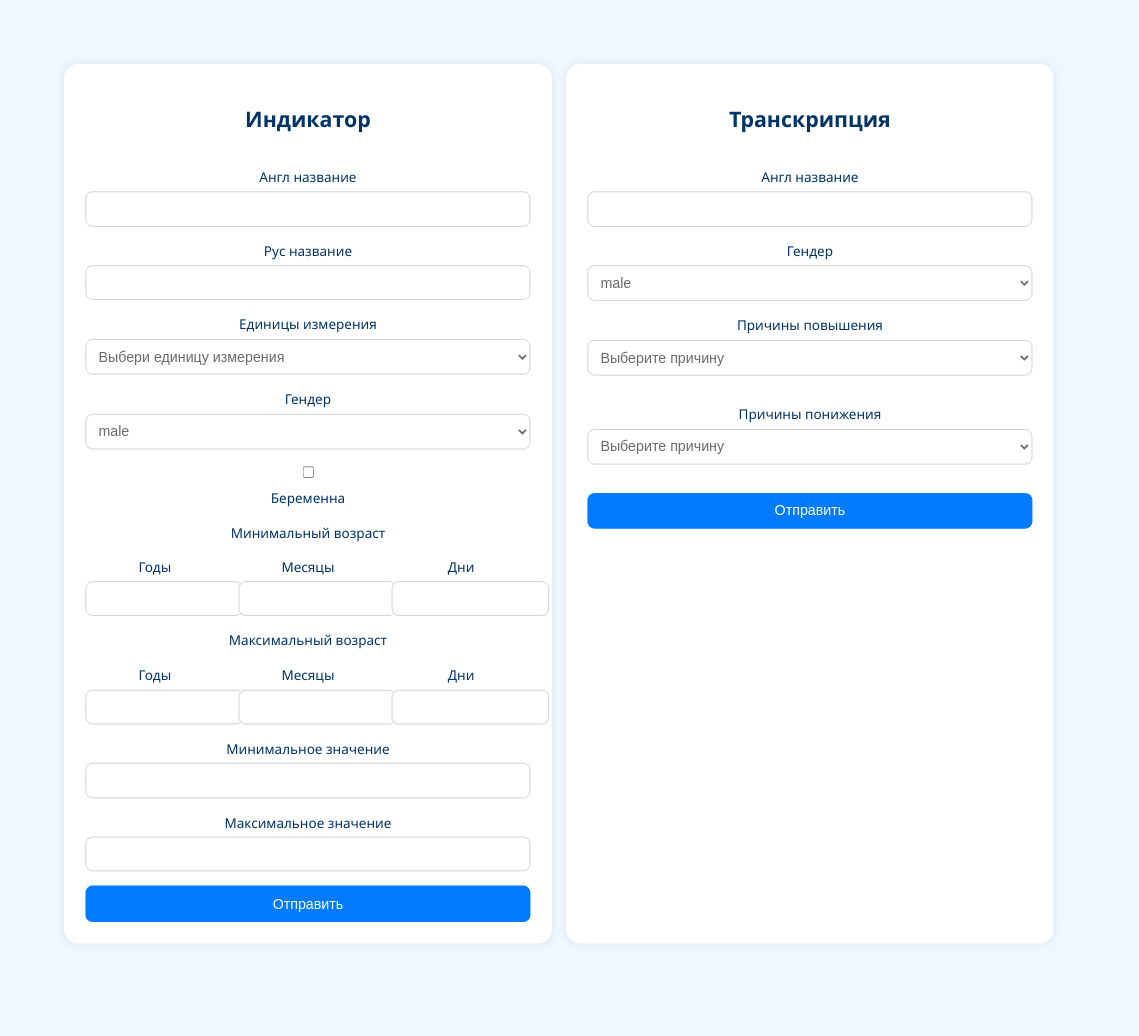
Repository: GGlebux/Transay
Page: / (app in frontend/)
The author's editor kept a copy of each file at every save. The page is drawn from the files as they stood at one save, then again after a run of saves.
The browser window is 1280 px wide. The pictures show the whole page, at 89% of full size.
The project was rebuilt for these pictures with package versions that can differ from the ones it lists, and the page was loaded fresh each time. Also part of the build but not shown: frontend/vite.config.ts.

Above is the page before, as saved 2025-08-04 17:02:51.

### frontend/src/index.css
:root {
  font-family: system-ui, Avenir, Helvetica, Arial, sans-serif;
  line-height: 1.5;
  font-weight: 400;
  background-color: #f0f8ff;
  color-scheme: light dark;
  color: rgba(255, 255, 255, 0.87);


  font-synthesis: none;
  text-rendering: optimizeLegibility;
  -webkit-font-smoothing: antialiased;
  -moz-osx-font-smoothing: grayscale;
}

input, select {
  background: #ffffff;
  color: rgb(105, 107, 107);
}

### frontend/src/App.tsx
import './styles/forms.css';
import IndicatorForm from './components/IndicatorForm';
import TranscriptForm from './components/TranscriptForm';

function App() {
  return (
    <div className="container">
      <IndicatorForm />
      <TranscriptForm />
    </div>
  );
}

export default App;

### frontend/src/styles/forms.css
#root {
  max-width: 1280px;
  margin: 0 auto;
  padding: 2rem;
  text-align: center;
  background-color: #f0f8ff;
}

.form-label {
  display: flex;
  flex-direction: column;
  font-weight: 500;
  color: #003366;
  font-size: 0.95rem;
  gap: 0.3rem;
}


.container {
  display: flex;
  gap: 1rem;
  padding: 2rem;
  background-color: #f0f8ff;
  color: #003366;
  font-family: 'Segoe UI', sans-serif;
}

h1 {
  text-align: center;
  margin-bottom: 2rem;
}

.form-card {
  background: white;
  width: 500px;
  padding: 1.5rem;
  border-radius: 1rem;
  box-shadow: 0 0 12px rgba(0, 51, 102, 0.1);
  margin-bottom: 2rem;
  display: flex;
  flex-direction: column;
  gap: 1rem;
}

input,
select {
  padding: 0.6rem;
  border: 1px solid #ccc;
  border-radius: 8px;
  font-size: 1rem;
}

button {
  background-color: #007bff;
  color: white;
  border: none;
  padding: 0.7rem 1.5rem;
  font-size: 1rem;
  border-radius: 8px;
  cursor: pointer;
  transition: background 0.3s ease;
}

button:hover {
  background-color: #0056b3;
}

.age-row {
  display: inline-flex;
  min-width: 500px;
  gap: 1rem;
}

.age-row input {
  width: 100%;
}

.checkbox {
  display: flex;
  align-items: center;
  gap: 0.5rem;
}

.tag-container {
  display: flex;
  flex-wrap: wrap;
  gap: 0.5rem;
}

.tag {
  background-color: #e6f0ff;
  border: 1px solid #007bff;

  color: #003366;
  padding: 0.4rem 0.8rem;
  border-radius: 20px;
  display: flex;
  align-items: center;
  gap: 0.5rem;
}

.tag button {
  background: none;
  padding: 0;
  margin-bottom: -5.5px;
    border: none;
  font-size: 1.2rem;
  color: #007bff;
  cursor: pointer;
}

### frontend/src/components/IndicatorForm.tsx
import { useState, useEffect } from 'react';

const genders = ['male', 'female', 'both'];

function IndicatorForm() {
  const [units, setUnits] = useState<string[]>([]);

  useEffect(() => {
    // Заменить на свой API
    setUnits(['mg/L', 'mmol/L', 'g/dL']);
  }, []);

return (
  <form className="form-card">
    <h2>Индикатор</h2>

    <label className="form-label">
      Англ название
      <input type="text" />
    </label>

    <label className="form-label">
      Рус название
      <input type="text" />
    </label>

    <label className="form-label">
      Единицы измерения
      <select>
        <option>Выбери единицу измерения</option>
        {units.map((u) => (
          <option key={u}>{u}</option>
        ))}
      </select>
    </label>

    <label className="form-label">
      Гендер
      <select>
        {genders.map((g) => (
          <option key={g} value={g}>
            {g}
          </option>
        ))}
      </select>
    </label>

    <label className="form-label checkbox">
      <input type="checkbox" />
      Беременна
    </label>

    <label className="form-label">Минимальный возраст</label>
    <div className="age-row">
      <label className="form-label">Годы<input type="number" /></label>
      <label className="form-label">Месяцы<input type="number" /></label>
      <label className="form-label">Дни<input type="number" /></label>
    </div>

    <label className="form-label">Максимальный возраст</label>
    <div className="age-row">
      <label className="form-label">Годы<input type="number" /></label>
      <label className="form-label">Месяцы<input type="number" /></label>
      <label className="form-label">Дни<input type="number" /></label>
    </div>

    <label className="form-label">
      Минимальное значение
      <input type="number" step="0.0001" />
    </label>

    <label className="form-label">
      Максимальное значение
      <input type="number" step="0.0001" />
    </label>

    <button type="submit">Отправить</button>
  </form>
);
}

export default IndicatorForm;

### frontend/src/components/TranscriptForm.tsx
import { useState } from 'react';

const genders = ['male', 'female', 'both'];
const exampleReasons = ['Стресс', 'Инфекция', 'Беременность', 'Физнагрузка'];

function TranscriptForm() {
  const [raiseReasons, setRaiseReasons] = useState<string[]>([]);
  const [lowerReasons, setLowerReasons] = useState<string[]>([]);

  const handleSelect = (type: 'raise' | 'lower', value: string) => {
    const set = type === 'raise' ? setRaiseReasons : setLowerReasons;
    const current = type === 'raise' ? raiseReasons : lowerReasons;
    if (!current.includes(value)) set([...current, value]);
  };

  const handleRemove = (type: 'raise' | 'lower', value: string) => {
    const set = type === 'raise' ? setRaiseReasons : setLowerReasons;
    const current = type === 'raise' ? raiseReasons : lowerReasons;
    set(current.filter((r) => r !== value));
  };

 return (
  <form className="form-card">
    <h2>Транскрипция</h2>

    <label className="form-label">
      Англ название
      <input type="text" />
    </label>

    <label className="form-label">
      Гендер
      <select>
        {genders.map((g) => (
          <option key={g} value={g}>
            {g}
          </option>
        ))}
      </select>
    </label>

    <label className="form-label">
      Причины повышения
      <select onChange={(e) => handleSelect('raise', e.target.value)}>
        <option>Выберите причину</option>
        {exampleReasons.map((r) => (
          <option key={r}>{r}</option>
        ))}
      </select>
    </label>

    <div className="tag-container">
      {raiseReasons.map((r) => (
        <span key={r} className="tag">
          {r}
          <button type="button" onClick={() => handleRemove('raise', r)}>
            ×
          </button>
        </span>
      ))}
    </div>

    <label className="form-label">
      Причины понижения
      <select onChange={(e) => handleSelect('lower', e.target.value)}>
        <option>Выберите причину</option>
        {exampleReasons.map((r) => (
          <option key={r}>{r}</option>
        ))}
      </select>
    </label>

    <div className="tag-container">
      {lowerReasons.map((r) => (
        <span key={r} className="tag">
          {r}
          <button type="button" onClick={() => handleRemove('lower', r)}>
            ×
          </button>
        </span>
      ))}
    </div>

    <button type="submit">Отправить</button>
  </form>
);
}

export default TranscriptForm;

Loaded but not shown: frontend/index.html (common file); frontend/src/main.tsx (common file)

After the next 2 saves:
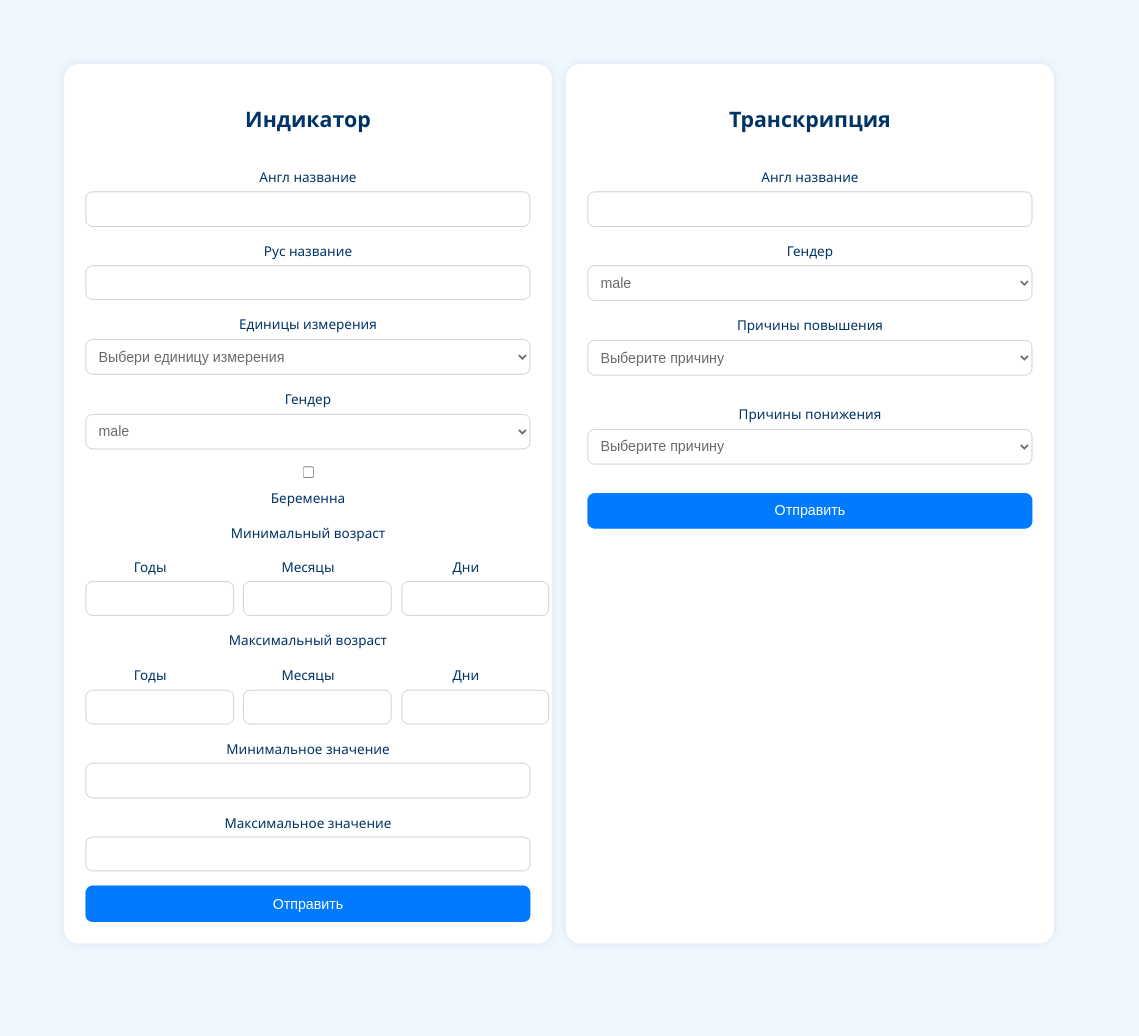
The 2 saves are shown as one change because they came seconds apart.
The last was saved 9 s later.
--- a/frontend/src/styles/forms.css
+++ b/frontend/src/styles/forms.css
@@ -68,7 +68,7 @@ button:hover {
 .age-row {
   display: inline-flex;
   min-width: 500px;
-  gap: 1rem;
+  gap: 2rem;
 }
 
 .age-row input {
